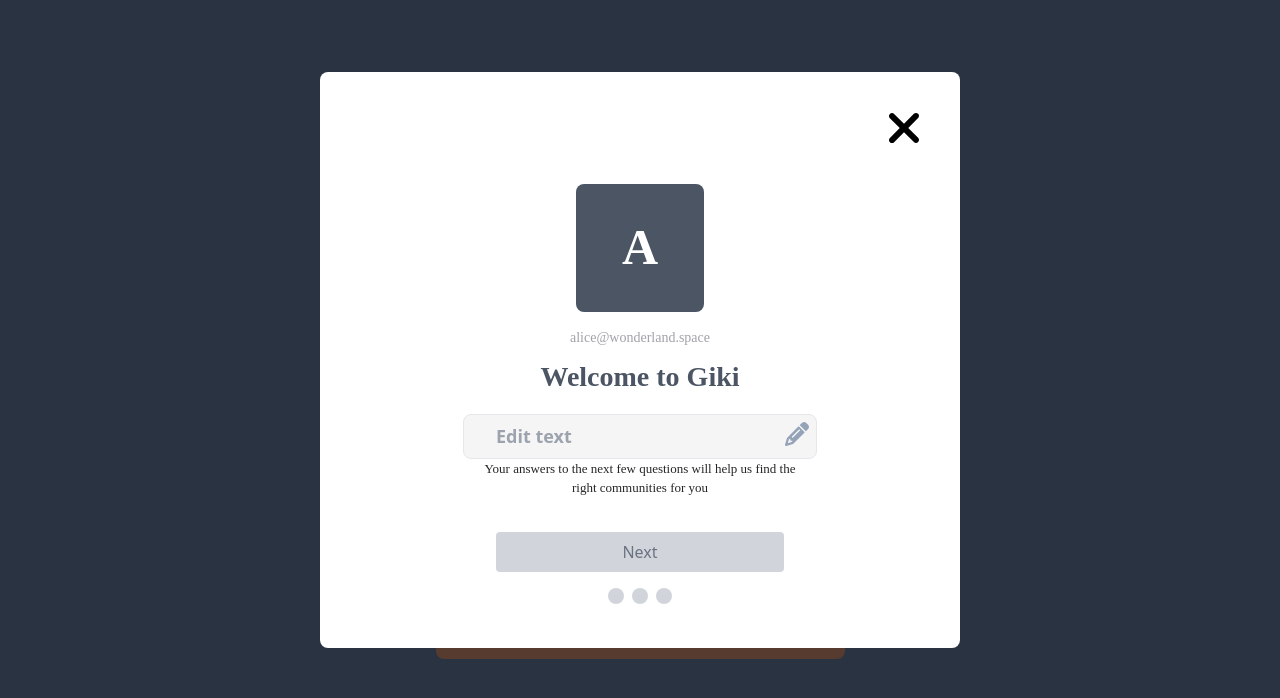
Repository: ZakariaZhlat125/lucatctyteste
Page: /, after clicking the first element matching `button.mt-36`
These files come from the project's save history. The page is drawn as it stood at one moment and after the next save; the edit follows.
The browser window is 1280 px wide. The pictures show the whole page.
The project was rebuilt for these pictures with package versions that can differ from the ones it lists, and the page was loaded fresh each time. Also part of the build but not shown: vite.config.js, src/Components/ModalComponents/PickLang.jsx, src/Components/ModalComponents/SelectImage.jsx.

Above is the page before, as saved 2023-09-29 13:55:08.

After the next save:
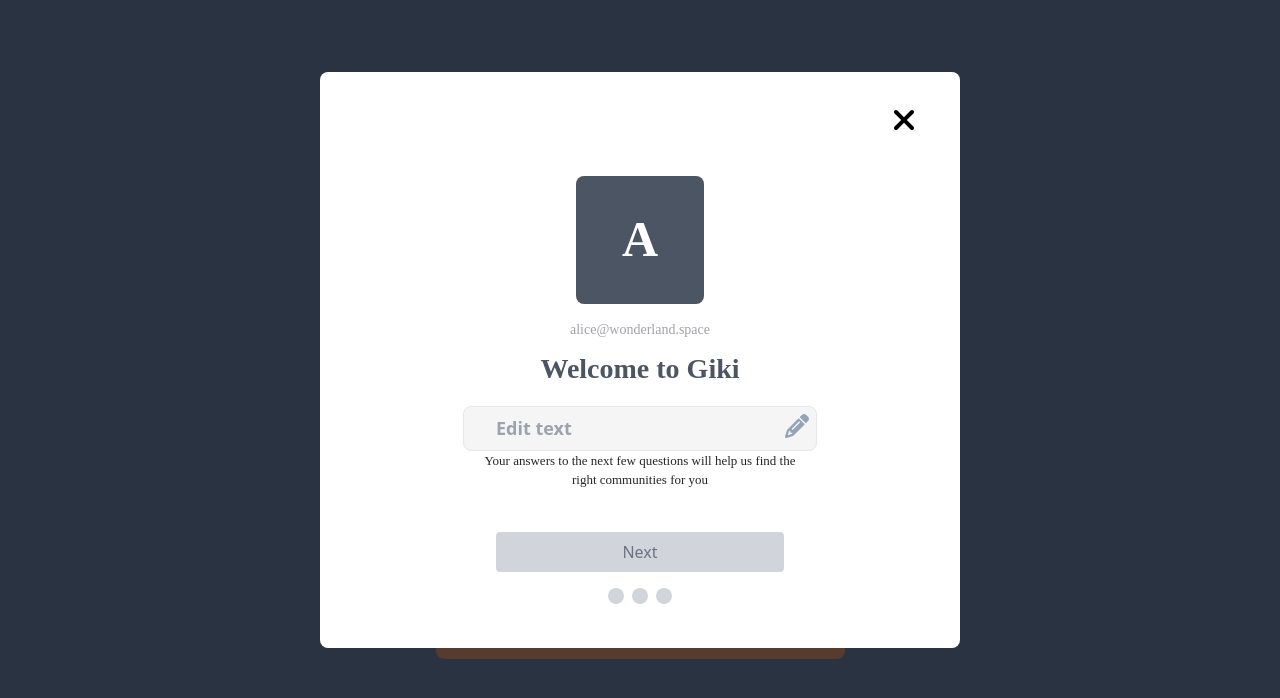
Saved 6 s later.
--- a/src/Components/ModalComponents/Modal.jsx
+++ b/src/Components/ModalComponents/Modal.jsx
@@ -56,7 +56,7 @@
       <FontAwesomeIcon
           icon={faTimes}
           onClick={onClose}
-          className="w-12 h-12 self-end cursor-pointer" />
+          className="w-12 h-8 self-end cursor-pointer" />
         {currentPage === 1 && (
           <Welcom
             inputValueName={inputValueName}
